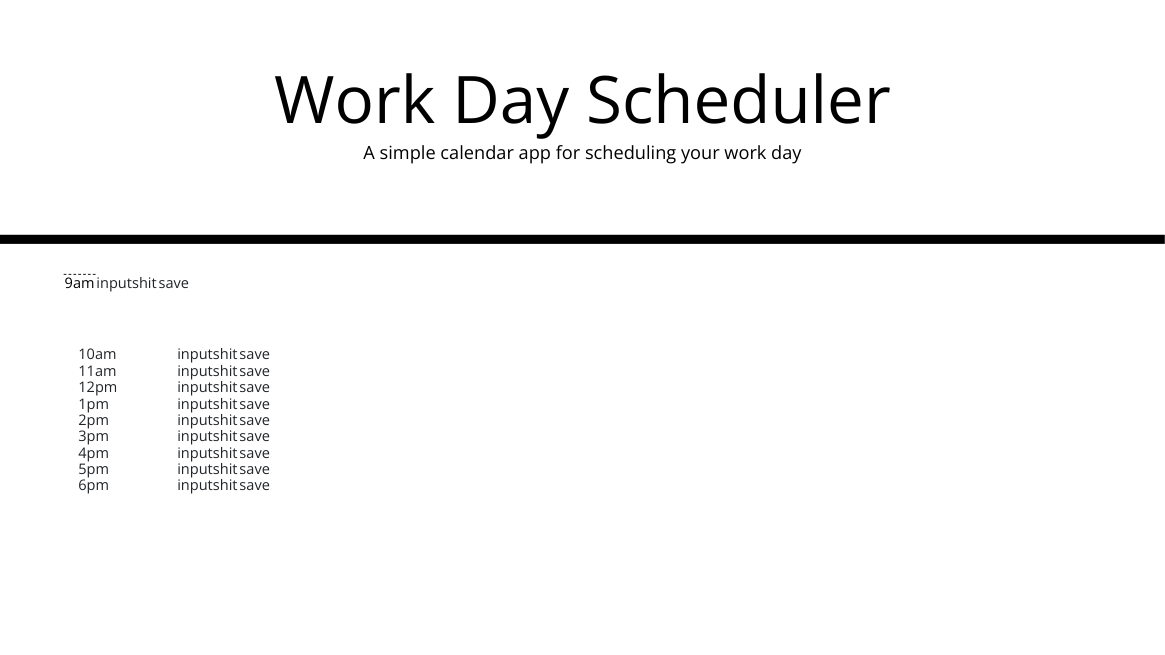
Repository: Naomilounsbury/work-day-scheduler
Page: index.html
An editor plug-in stored every save of this project. The page is shown before and after the next save, followed by the edit.
The browser window is 1280 px wide. The pictures show the whole page, at 91% of full size.
Some web libraries are served in a nearby version.

Above is the page before, as saved 2021-11-30 09:41:36.

### index.html
<!DOCTYPE html>
<html lang="en">
  <head>
    <meta charset="UTF-8" />
    <meta name="viewport" content="width=device-width, initial-scale=1.0" />
    <meta http-equiv="X-UA-Compatible" content="ie=edge" />
    <link
      rel="stylesheet"
      href="https://stackpath.bootstrapcdn.com/bootstrap/4.3.1/css/bootstrap.min.css"
    />
    <link
      rel="stylesheet"
      href="https://use.fontawesome.com/releases/v5.8.1/css/all.css"
      integrity="sha384-50oBUHEmvpQ+1lW4y57PTFmhCaXp0ML5d60M1M7uH2+nqUivzIebhndOJK28anvf"
      crossorigin="anonymous"
    />
    <link
      href="https://fonts.googleapis.com/css?family=Open+Sans&display=swap"
      rel="stylesheet"
    />
    <link rel="stylesheet" href="./assets/css/style.css" />
    <title>Work Day Scheduler</title>
  </head>

  <body>
    <header class="jumbotron">
      <h1 class="display-3">Work Day Scheduler</h1>
      <p class="lead">A simple calendar app for scheduling your work day</p>
      <p id="currentDay" class="lead"></p>
    </header>
    <div class="container">
      <!-- Timeblocks go here -->
      <table>
        <tr class="row">
          <td class="hour">9am</td>
          <td>inputshit</td>
          <td>save</td>
        </tr>
        <tr>
          <td>10am</td>
          <td>inputshit</td>
          <td>save</td>
        </tr><tr>
          <td>11am</td>
          <td>inputshit</td>
          <td>save</td>
        </tr><tr>
          <td>12pm</td>
          <td>inputshit</td>
          <td>save</td>
        </tr><tr>
          <td>1pm</td>
          <td>inputshit</td>
          <td>save</td>
        </tr><tr>
          <td>2pm</td>
          <td>inputshit</td>
          <td>save</td>
        </tr><tr>
          <td>3pm</td>
          <td>inputshit</td>
          <td>save</td>
        </tr><tr>
          <td>4pm</td>
          <td>inputshit</td>
          <td>save</td>
        </tr><tr>
          <td>5pm</td>
          <td>inputshit</td>
          <td>save</td>
        </tr><tr>
          <td>6pm</td>
          <td>inputshit</td>
          <td>save</td>
        </tr>
      </table>
    </div>

    <script src="https://code.jquery.com/jquery-3.4.1.min.js"></script>
    <script src="https://cdnjs.cloudflare.com/ajax/libs/moment.js/2.24.0/moment.min.js"></script>
  </body>
</html>

### assets/css/style.css
body {
  font-family: 'Open Sans', sans-serif;
  font-size: 16px;
  line-height: 1;
}

textarea{
  background: transparent;
  border: none;
  resize: none;
  color: #000000;
  border-left: 1px solid black;
  padding: 10px;
}

.jumbotron {
  text-align: center;
  background-color: transparent;
  color: black;
  border-radius: 0;
  border-bottom: 10px solid black;
}

.description{
  white-space: pre-wrap;
}

.time-block{
  text-align: center;
  border-radius: 15px;
}

.row {
  white-space: pre-wrap;
  height: 80px;
  border-top: 1px solid white;;
}

.hour {
  background-color: #ffffff;
  color: #000000;
  border-top: 1px dashed #000000;
}

.past {
  background-color: #d3d3d3;
  color: white;
}

.present {
  background-color: #ff6961;
  color: white;
}

.future {
  background-color: #77dd77;
  color: white;
}

.saveBtn {
  border-left: 1px solid black;
  border-top-right-radius: 15px;
  border-bottom-right-radius: 15px;
  background-color: #06AED5;
  color: white;
}

.saveBtn i:hover {
  font-size: 20px;
  transition: all .3s ease-in-out;
}

After the next save:
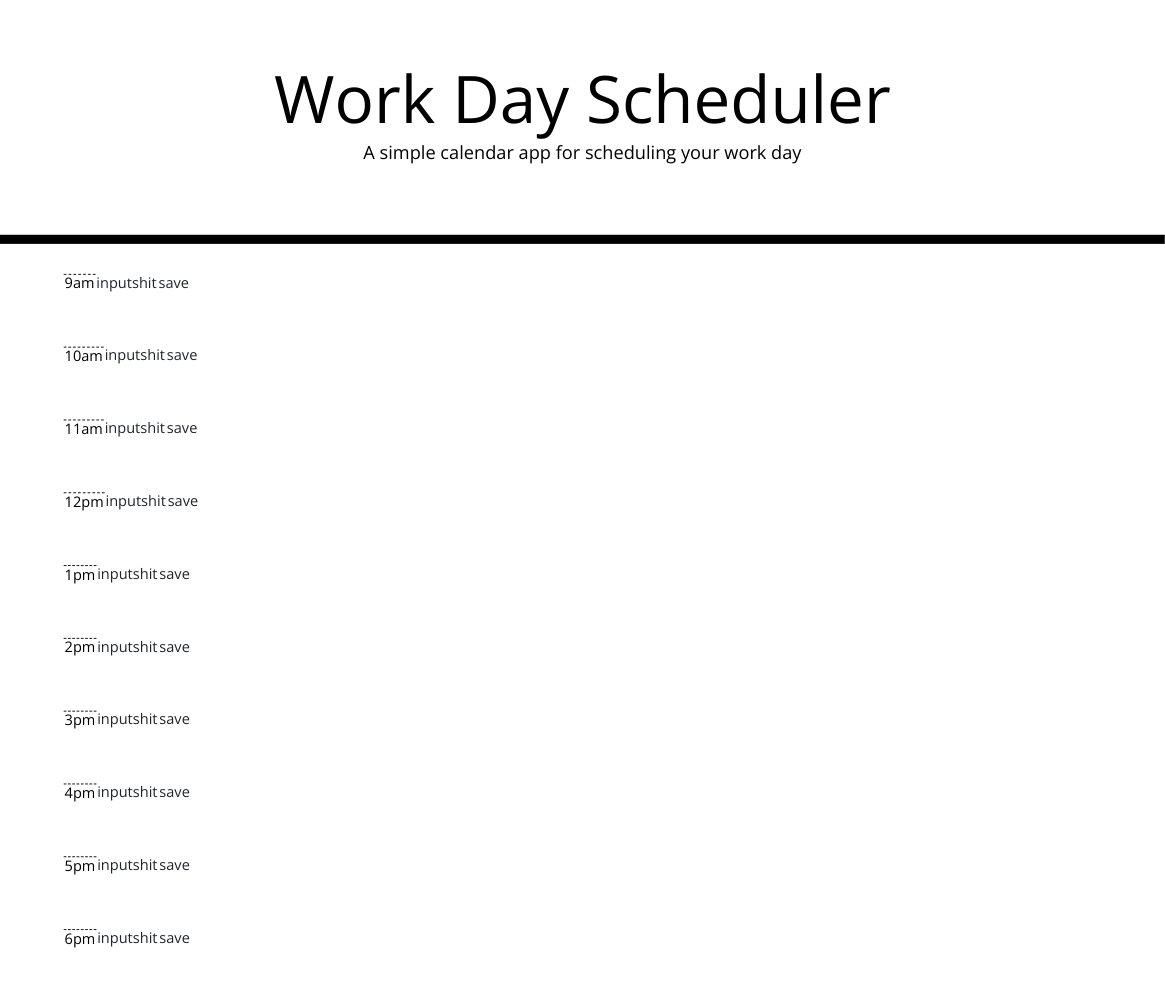
Saved 3 min 51 s later.
--- a/index.html
+++ b/index.html
@@ -36,40 +36,48 @@
           <td>inputshit</td>
           <td>save</td>
         </tr>
-        <tr>
-          <td>10am</td>
+        <tr class="row">
+          <td class="hour">10am</td>
           <td>inputshit</td>
           <td>save</td>
-        </tr><tr>
-          <td>11am</td>
+        </tr>
+        <tr class="row">
+          <td class="hour">11am</td>
           <td>inputshit</td>
           <td>save</td>
-        </tr><tr>
-          <td>12pm</td>
+        </tr>
+        <tr class="row">
+          <td class="hour">12pm</td>
           <td>inputshit</td>
           <td>save</td>
-        </tr><tr>
-          <td>1pm</td>
+        </tr>
+        <tr class="row">
+          <td class="hour">1pm</td>
           <td>inputshit</td>
           <td>save</td>
-        </tr><tr>
-          <td>2pm</td>
+        </tr>
+        <tr class="row">
+          <td class="hour">2pm</td>
           <td>inputshit</td>
           <td>save</td>
-        </tr><tr>
-          <td>3pm</td>
+        </tr>
+        <tr class="row">
+          <td class="hour">3pm</td>
           <td>inputshit</td>
           <td>save</td>
-        </tr><tr>
-          <td>4pm</td>
+        </tr>
+        <tr class="row">
+          <td class="hour">4pm</td>
           <td>inputshit</td>
           <td>save</td>
-        </tr><tr>
-          <td>5pm</td>
+        </tr>
+        <tr class="row">
+          <td class="hour">5pm</td>
           <td>inputshit</td>
           <td>save</td>
-        </tr><tr>
-          <td>6pm</td>
+        </tr>
+        <tr class="row">
+          <td class="hour">6pm</td>
           <td>inputshit</td>
           <td>save</td>
         </tr>
